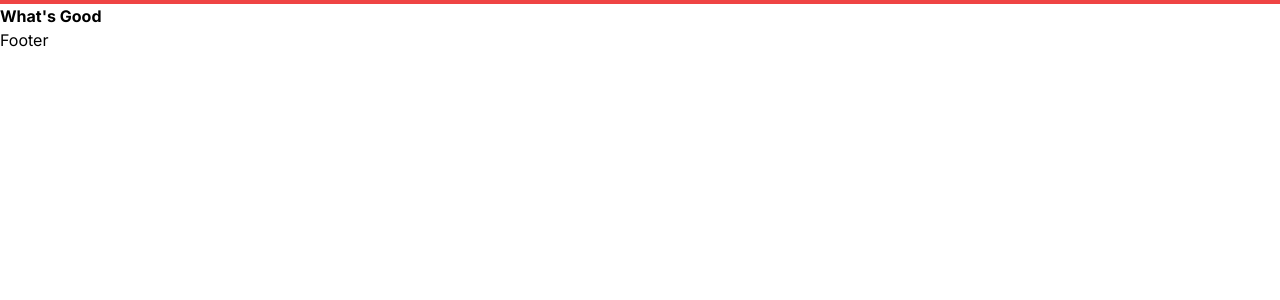
Repository: SouthpawC0der/Modern-reactsite
Page: /
The author's editor kept a copy of each file at every save. The page is drawn from the files as they stood at one save, then again after the next save.
The browser window is 1280 px wide. The pictures show the whole page.
The project was rebuilt for these pictures with package versions that can differ from the ones it lists, and the page was loaded fresh each time. The framework's server and built-in components were replaced by stand-ins that run in the browser. Also part of the build but not shown: next.config.ts.

Above is the page before, as saved 2025-01-30 10:00:00.

After the next save:
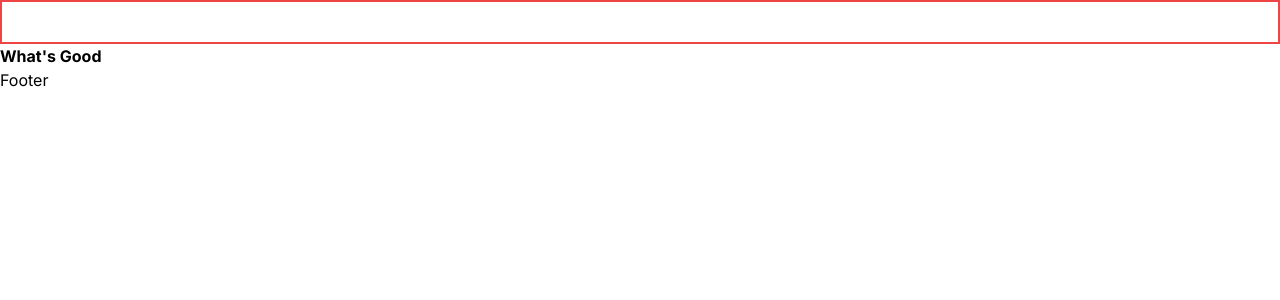
Saved 36 s later.
--- a/components/Navbar.tsx
+++ b/components/Navbar.tsx
@@ -2,7 +2,7 @@ import React from 'react'
 
 const Navbar = () => {
   return (
-    <nav className='border-2 border-red-500'>
+    <nav className='border-2 border-red-500 flex-between max-container padding-container relative z-30 py-5'>
 
     </nav>
   )
